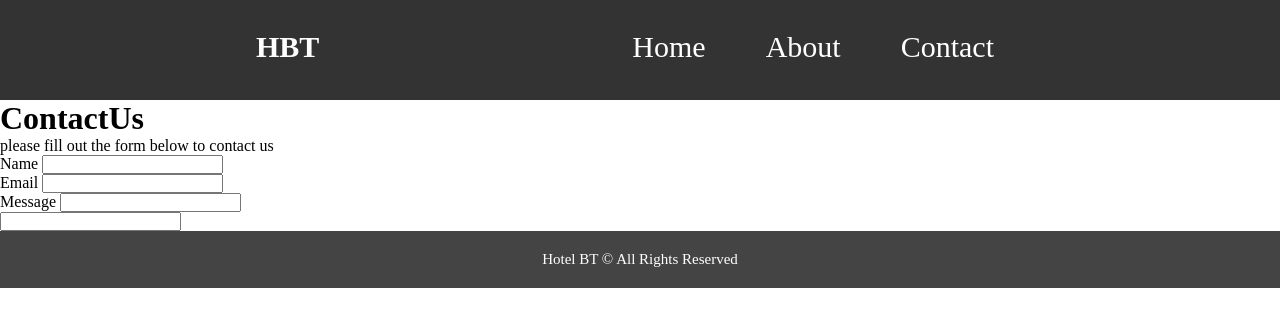
Repository: reemoon-ctrl/hotel-website
Page: 35 - hotel-website/contact.html
The author's editor kept a copy of each file at every save. The page is drawn from the files as they stood at one save, then again after the next save.
The browser window is 1280 px wide. The pictures show the whole page.

Above is the page before, as saved 2024-07-22 09:24:41.

### 35 - hotel-website/contact.html
<!DOCTYPE html>
<html lang="en">
<head>
    <meta charset="UTF-8">
    <meta name="viewport" content="width=device-width, initial-scale=1.0">
    <title>HBT | Hotel Website</title>
    <link rel="stylesheet" href="index.css"/>
</head>
<body>
    <header>
        <ul class="nav-bar">
            <li class="title"><a href="index.html">HBT</a></li>
            <div class="bag-nav-row" >
            <li class="bag-nav"><a href=" ">Contact</a></li>
            <li class="bag-nav"><a href="">About</a></li>
            <li class="bag-nav"><a href="index.html">Home</a></li>
            </div>
        </ul>
    </header>

    <main>
        <div>
            <form action="#">
                <h1><span>Contact</span>Us</h1>
                <p>please fill out the form below to contact us</p>
                <div>
                    <label for="name">Name</label>
                    <input type="text">

                </div>
                <div>
                    <label for="Email">Email</label>
                    <input type="text">
                </div>
                <div>
                    <label for="Message">Message</label>
                    <input type="text">

                </div>
                <input type="">
            </form>
        </div>

    </main>

    <footer>
        <p>Hotel BT &copy; All Rights Reserved</p>

    </footer>

</body>
</html>

### 35 - hotel-website/index.css
*{
    padding: 0px;
    margin: 0px;
    box-sizing: border-box;

}
.nav-bar{
    list-style:none;
    overflow: auto;
    /* clear:both; */
    background: #333333;
    font-size: 20px;
    text-align: center;
    height: 100px;

}

.bag-nav-row{
    margin-right: 20%;
}
.title{
    float: left;
    margin-left: 20%;
    font-weight: bold;
    font-size:30px ;

    text-align: center;
    padding:30px 0px;

}
.title  a{
    text-decoration: none;
    color:#fff
}


.bag-nav{
    float: right;
    font-size: 30px;

}
.bag-nav-row li a{
    text-decoration: none;
    padding: 30px 30px 30px 30px;
    display: inline-block;
    color: #fff;
}

.bag-nav-row li a:hover{
    background: #444444;
    color:#ecc08a;
}
.bag-nav-row li a:active{
    background: #444444;
    color:#ecc08a;
}


.mainheader{
     background-image: url("img/showcase.jpg")  ;
   /* background-size:cover;


    height: 600px; */


  background-color: #cccccc;
  height: 600px;
  background-position: center;
  background-repeat: no-repeat;
  background-size: cover;
  position: relative;
}
.mainheadertxt{
    margin: auto;
    top:50%;
    position:relative;
    text-align: center;
    /* margin-top: 20px; */
    color:#fff;
}
.mainheadertxt h3{
    font-size:xx-large;

}

.mainheadertxt p{
    margin:20px;
}
.mainheadertxt a{
    position:relative;
    display: block;
    width: fit-content;
    background: #444444;
    text-decoration:none ;
    color: #fff;
    top:50%;
    margin:auto;


    padding: 20px;
}
.fword{
    color:#ecc08a
}
.main-content{
    width:100%;
    height:300px;
    overflow: auto;
    background: #444444;
    color: #fff;
}
.hotelimg{
    width:50%;
    float:left;
    height:300px;

}
.hotel-disc{
    width:50%;
    float:right;
    text-align: center;
    /* margin-top:px; */
    line-height: 1.5;
    padding:20px;

}
.hotel-disc h3{
    font-size: xx-large;
    margin-bottom: 20px;
}
.hotel-disc a{
    position:relative;
    display: block;
    width: fit-content;

    text-decoration:none ;
    color: #333333;
    padding: 15px;
    margin:auto;
    margin-top: 20px;
    background: #fff;

}

.aside-bar{
    height: 300px;
    overflow: auto;
    clear:both;

}
.ul{
    list-style: none;
    text-align: center;
    margin:auto;
    height:300px;
}
.fli{
    padding: 60px;
    margin: auto;
    float: left;
    width:33%;
    height: 300px;
    padding: 90px 20px;
}
.fli h4{
    font-size: 25px;
    margin-bottom: 20px;
}
.sli h4{
    font-size: 25px;
    margin-bottom: 20px;
}
.thli h4{
    font-size: 25px;
    margin-bottom: 20px;
}
.sli{
    float:left;
    width:33%;
    background-color:#ecc08a;
    height: 300px;
    padding: 90px 20px;

}
.thli{
    float:right;
    width:33%;
    height: 300px;
    margin: auto;
    height: 300px;
    padding: 90px 20px;
}

footer p{
    text-align: center;
    font-size: 15px;
    color: #fff;
    background: #444444;
    padding: 20px;
}
/* ///////////////about website////////////////// */
.s-header{
    overflow: auto;
    clear: both;
    margin: auto;
    margin: 50px 20%;
    /* height: 500px; */
}
.header-content{
    float:left;
    width:40%;

}
.header-content h1{
    font-size: 50px;
}
.header-content p{
    font-size: 28px;
    margin-top: 20px;
    line-height: 1.3;
}
.hotel-img2{
    height:400px;
    width: 40%;
    float: right;
    border-radius:50%;
}
.comment{
    overflow: auto;
    background:#ecc08a;
    margin: 20px 20%;
    border-radius: 20px;

}
.aside-content{
    background-image: url(img/test-bg.jpg) ;
    background-color: #cccccc;
    height:900px;
    background-position: center;
    background-repeat: no-repeat;
    background-size: cover;
    position: relative;
    width: 100%;



}
.aside-content h1{
    margin: 20px 20%;
    text-align: center;
    color: #FFF;
    font-size: 50px;
    padding-top: 100px;
    padding-bottom: 50px;

}
.comment img{
    padding-top: 30px;
width:200px ;
height:200px ;
border-radius: 200px;
float: left;
padding-right: 20px;
padding-left: 20px;
margin-bottom: 50px;
}
.comment p{
padding-top: 70px;
font-size: 28px;
color: #333333;


}

After the next save:
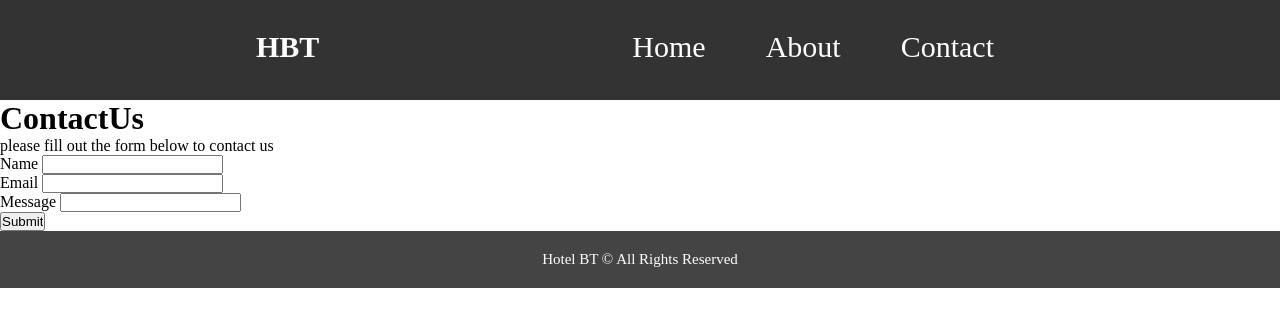
Saved 5 s later.
--- a/35 - hotel-website/contact.html
+++ b/35 - hotel-website/contact.html
@@ -37,7 +37,7 @@
                     <input type="text">
 
                 </div>
-                <input type="">
+                <input type="submit">
             </form>
         </div>
 
